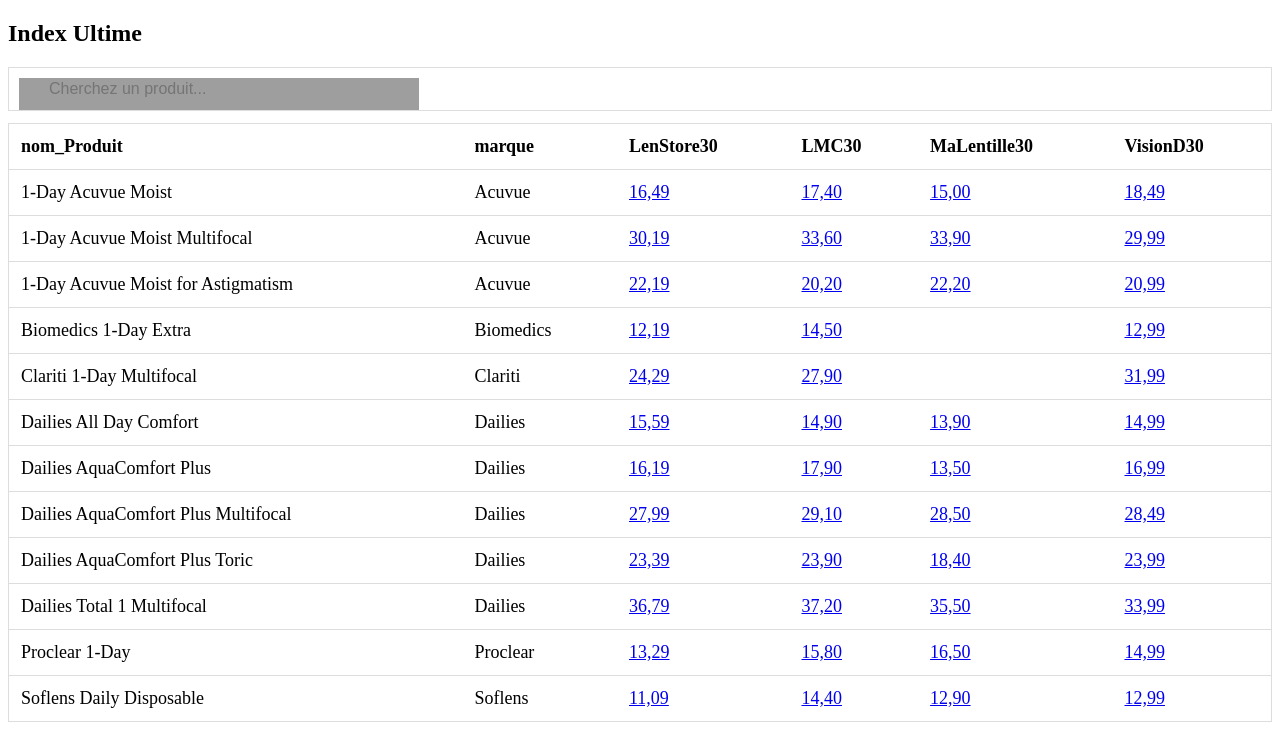
Repository: franklinliot/lenti
Page: indexUltime.html
The author's editor kept a copy of each file at every save. The page is drawn from the files as they stood at one save, then again after the next save.
The browser window is 1280 px wide. The pictures show the whole page.
Pictures or frames that could not be fetched are drawn as grey boxes.

Above is the page before, as saved 2021-06-17 15:41:22.

### indexUltime.html
<!DOCTYPE html>
<html>
  <head>
    <meta name="viewport" content="width=device-width, initial-scale=1" />
    <style>
      * {
        box-sizing: border-box;
      }

      #myInput {
        background-image: url("/css/searchicon.png");
        background-position: 10px 10px;
        background-repeat: no-repeat;
        width: 100%;
        font-size: 16px;
        padding: 12px 20px 12px 40px;
        border: 1px solid #ddd;
        margin-bottom: 12px;
      }

      #myTable {
        border-collapse: collapse;
        width: 100%;
        border: 1px solid #ddd;
        font-size: 18px;
      }

      #myTable th,
      #myTable td {
        text-align: left;
        padding: 12px;
      }

      #myTable tr {
        border-bottom: 1px solid #ddd;
      }

      #myTable tr.header,
      #myTable tr:hover {
        background-color: #f1f1f1;
      }
    </style>
    <script>
      window.onload = function () {
        function a(a, b) {
          var c = /^(?:file):/,
            d = new XMLHttpRequest(),
            e = 0;
          d.onreadystatechange = function () {
            4 == d.readyState && (e = d.status),
              c.test(location.href) && d.responseText && (e = 200),
              4 == d.readyState && 200 == e && (a.outerHTML = d.responseText);
          };
          try {
            d.open("GET", b, !0), d.send();
          } catch (f) {}
        }
        var b,
          c = document.getElementsByTagName("*");
        for (b in c)
          c[b].hasAttribute &&
            c[b].hasAttribute("data-include") &&
            a(c[b], c[b].getAttribute("data-include"));
      };
    </script>
    <script>
      const getCellValue = (tr, idx) =>
        tr.children[idx].innerText || tr.children[idx].textContent;

      const comparer = (idx, asc) => (a, b) =>
        ((v1, v2) =>
          v1 !== "" && v2 !== "" && !isNaN(v1) && !isNaN(v2)
            ? v1 - v2
            : v1.toString().localeCompare(v2))(
          getCellValue(asc ? a : b, idx),
          getCellValue(asc ? b : a, idx)
        );

      // do the work...
      document.querySelectorAll("th").forEach((th) =>
        th.addEventListener("click", () => {
          const table = th.closest("table");
          Array.from(table.querySelectorAll("tr:nth-child(n+2)"))
            .sort(
              comparer(
                Array.from(th.parentNode.children).indexOf(th),
                (this.asc = !this.asc)
              )
            )
            .forEach((tr) => table.appendChild(tr));
        })
      );
    </script>
  </head>
  <body>
    <h2>Index Ultime</h2>

    <input
      type="text"
      id="myInput"
      onkeyup="myFunction()"
      placeholder="Cherchez un produit..."
      title="Entrez un produit"
    />

    <div data-include="data/ultime/ultime.html"></div>
    <script>
      function myFunction() {
        var input, filter, table, tr, td, i, txtValue;
        input = document.getElementById("myInput");
        filter = input.value.toUpperCase();
        table = document.getElementById("myTable");
        tr = table.getElementsByTagName("tr");
        for (i = 0; i < tr.length; i++) {
          td = tr[i].getElementsByTagName("td")[0];
          if (td) {
            txtValue = td.textContent || td.innerText;
            if (txtValue.toUpperCase().indexOf(filter) > -1) {
              tr[i].style.display = "";
            } else {
              tr[i].style.display = "none";
            }
          }
        }
      }
    </script>
  </body>
</html>

### data/ultime/ultime.html
<table id="myTable">
    <thead><tr><th title="Field #1">nom_Produit</th>
    <th title="Field #2">marque</th>
    <th title="Field #3">LenStore30</th>
    <th title="Field #4">LMC30</th>
    <th title="Field #5">MaLentille30</th>
    <th title="Field #6">VisionD30</th>
    </tr></thead>
    <tbody><tr>
    <td>1-Day Acuvue Moist</td>
    <td>Acuvue</td>
    <td><a href="https://www.lenstore.fr/lentilles-de-contact/p13/1-day-acuvue-moist" rel="noopener noreferrer" target="_blank"><span class="u-price">16,49</span></a></td>
    <td><a href="https://www.lentillesmoinscheres.com/lentilles-de-contact/journalieres/lentilles-1-day-acuvue-moist-30.html" rel="noopener noreferrer" target="_blank">17,40</a></td>
    <td><a href="https://www.malentille.com/lentilles-de-contact-22/121-1-day-acuvue-moist-30.html" rel="noopener noreferrer" target="_blank">15,00</a></td>
    <td><a href="https://www.visiondirect.fr/1-day-acuvue-moist" rel="noopener noreferrer" target="_blank">18,49</a></td>
    </tr>
    <tr>
    <td>1-Day Acuvue Moist Multifocal</td>
    <td>Acuvue</td>
    <td><a href="https://www.lenstore.fr/lentilles-de-contact/p250/1-day-acuvue-moist-multifocal" rel="noopener noreferrer" target="_blank"><span class="u-price">30,19</span></a></td>
    <td><a href="https://www.lentillesmoinscheres.com/lentilles-de-contact/journalieres/lentilles-1-day-acuvue-moist-multifocal-30.html" rel="noopener noreferrer" target="_blank">33,60</a></td>
    <td><a href="https://www.malentille.com/lentilles-de-contact-22/267-1-day-acuvue-moist-multifocal-30.html" rel="noopener noreferrer" target="_blank">33,90</a></td>
    <td><a href="https://www.visiondirect.fr/1-day-acuvue-moist-multifocal" rel="noopener noreferrer" target="_blank">29,99</a></td>
    </tr>
    <tr>
    <td>1-Day Acuvue Moist for Astigmatism</td>
    <td>Acuvue</td>
    <td><a href="https://www.lenstore.fr/lentilles-de-contact/p106/1-day-acuvue-moist-for-astigmatism" rel="noopener noreferrer" target="_blank"><span class="u-price">22,19</span></a></td>
    <td><a href="https://www.lentillesmoinscheres.com/lentilles-de-contact/journalieres/lentilles-1-day-acuvue-moist-for-astigmatism-30.html" rel="noopener noreferrer" target="_blank">20,20</a></td>
    <td><a href="https://www.malentille.com/lentilles-de-contact-22/225-1-day-acuvue-moist-for-astigmatism.html" rel="noopener noreferrer" target="_blank">22,20</a></td>
    <td><a href="https://www.visiondirect.fr/1-day-acuvue-moist-for-astigmatism" rel="noopener noreferrer" target="_blank">20,99</a></td>
    </tr>
    <tr>
    <td>Biomedics 1-Day Extra</td>
    <td>Biomedics</td>
    <td><a href="https://www.lenstore.fr/lentilles-de-contact/p200/biomedics-1-day-extra" rel="noopener noreferrer" target="_blank"><span class="u-price">12,19</span></a></td>
    <td><a href="https://www.lentillesmoinscheres.com/lentilles-de-contact/journalieres/lentilles-biomedics-1-day-extra-30.html" rel="noopener noreferrer" target="_blank">14,50</a></td>
    <td> </td>
    <td><a href="https://www.visiondirect.fr/biomedics-1-day-extra" rel="noopener noreferrer" target="_blank">12,99</a></td>
    </tr>
    <tr>
    <td>Clariti 1-Day Multifocal</td>
    <td>Clariti</td>
    <td><a href="https://www.lenstore.fr/lentilles-de-contact/p217/clariti-1-day-multifocal" rel="noopener noreferrer" target="_blank"><span class="u-price">24,29</span></a></td>
    <td><a href="https://www.lentillesmoinscheres.com/lentilles-de-contact/journalieres/lentilles-clariti-1-day-multifocal-30.html" rel="noopener noreferrer" target="_blank">27,90</a></td>
    <td> </td>
    <td><a href="https://www.visiondirect.fr/clariti-1-day-multifocal" rel="noopener noreferrer" target="_blank">31,99</a></td>
    </tr>
    <tr>
    <td>Dailies All Day Comfort</td>
    <td>Dailies</td>
    <td><a href="https://www.lenstore.fr/lentilles-de-contact/p8/focus-dailies-all-day-comfort" rel="noopener noreferrer" target="_blank"><span class="u-price">15,59</span></a></td>
    <td><a href="https://www.lentillesmoinscheres.com/lentilles-de-contact/journalieres/lentilles-dailies-all-day-comfort-30.html" rel="noopener noreferrer" target="_blank">14,90</a></td>
    <td><a href="https://www.malentille.com/lentilles-de-contact-22/108-dailies-all-day-comfort-30-0630175475947.html" rel="noopener noreferrer" target="_blank">13,90</a></td>
    <td><a href="https://www.visiondirect.fr/focus-dailies-all-day-comfort" rel="noopener noreferrer" target="_blank">14,99</a></td>
    </tr>
    <tr>
    <td>Dailies AquaComfort Plus</td>
    <td>Dailies</td>
    <td><a href="https://www.lenstore.fr/lentilles-de-contact/p5/dailies-aquacomfort-plus" rel="noopener noreferrer" target="_blank"><span class="u-price">16,19</span></a></td>
    <td><a href="https://www.lentillesmoinscheres.com/lentilles-de-contact/journalieres/lentilles-dailies-aquacomfort-plus-30.html" rel="noopener noreferrer" target="_blank">17,90</a></td>
    <td><a href="https://www.malentille.com/lentilles-de-contact-22/183-dailies-aquacomfort-plus-30.html" rel="noopener noreferrer" target="_blank">13,50</a></td>
    <td><a href="https://www.visiondirect.fr/dailies-aquacomfort-plus" rel="noopener noreferrer" target="_blank">16,99</a></td>
    </tr>
    <tr>
    <td>Dailies AquaComfort Plus Multifocal</td>
    <td>Dailies</td>
    <td><a href="https://www.lenstore.fr/lentilles-de-contact/p234/dailies-aquacomfort-plus-multifocal" rel="noopener noreferrer" target="_blank"><span class="u-price">27,99</span></a></td>
    <td><a href="https://www.lentillesmoinscheres.com/lentilles-de-contact/journalieres/lentilles-dailies-aquacomfort-plus-multifocal-30.html" rel="noopener noreferrer" target="_blank">29,10</a></td>
    <td><a href="https://www.malentille.com/lentilles-de-contact-22/255-dailies-aquacomfort-plus-multifocal.html" rel="noopener noreferrer" target="_blank">28,50</a></td>
    <td><a href="https://www.visiondirect.fr/dailies-aquacomfort-plus-multifocal" rel="noopener noreferrer" target="_blank">28,49</a></td>
    </tr>
    <tr>
    <td>Dailies AquaComfort Plus Toric</td>
    <td>Dailies</td>
    <td><a href="https://www.lenstore.fr/lentilles-de-contact/p233/dailies-aquacomfort-plus-toric" rel="noopener noreferrer" target="_blank"><span class="u-price">23,39</span></a></td>
    <td><a href="https://www.lentillesmoinscheres.com/lentilles-de-contact/journalieres/lentilles-dailies-aquacomfort-plus-toric-30.html" rel="noopener noreferrer" target="_blank">23,90</a></td>
    <td><a href="https://www.malentille.com/lentilles-de-contact-22/268-dailies-aquacomfort-plus-toric-30-lentiles.html" rel="noopener noreferrer" target="_blank">18,40</a></td>
    <td><a href="https://www.visiondirect.fr/dailies-aquacomfort-plus-toric" rel="noopener noreferrer" target="_blank">23,99</a></td>
    </tr>
    <tr>
    <td>Dailies Total 1 Multifocal</td>
    <td>Dailies</td>
    <td><a href="https://www.lenstore.fr/lentilles-de-contact/p457/dailies-total-1-multifocal" rel="noopener noreferrer" target="_blank"><span class="u-price">36,79</span></a></td>
    <td><a href="https://www.lentillesmoinscheres.com/lentilles-de-contact/journalieres/lentilles-dailies-total-1-multifocal-30.html" rel="noopener noreferrer" target="_blank">37,20</a></td>
    <td><a href="https://www.malentille.com/lentilles-de-contact-22/346-dailies-total-1-multifocal-30-lentille-0846566846375.html" rel="noopener noreferrer" target="_blank">35,50</a></td>
    <td><a href="https://www.visiondirect.fr/dailies-total-1-multifocal" rel="noopener noreferrer" target="_blank">33,99</a></td>
    </tr>
    <tr>
    <td>Proclear 1-Day</td>
    <td>Proclear</td>
    <td><a href="https://www.lenstore.fr/lentilles-de-contact/p60/proclear-1-day" rel="noopener noreferrer" target="_blank"><span class="u-price">13,29</span></a></td>
    <td><a href="https://www.lentillesmoinscheres.com/lentilles-de-contact/journalieres/lentilles-proclear-1-day-30.html" rel="noopener noreferrer" target="_blank">15,80</a></td>
    <td><a href="https://www.malentille.com/lentilles-de-contact-22/188-proclear-1-day-30.html" rel="noopener noreferrer" target="_blank">16,50</a></td>
    <td><a href="https://www.visiondirect.fr/proclear-1-day" rel="noopener noreferrer" target="_blank">14,99</a></td>
    </tr>
    <tr>
    <td>Soflens Daily Disposable</td>
    <td>Soflens</td>
    <td><a href="https://www.lenstore.fr/lentilles-de-contact/p1/soflens-daily-disposable" rel="noopener noreferrer" target="_blank"><span class="u-price">11,09</span></a></td>
    <td><a href="https://www.lentillesmoinscheres.com/lentilles-de-contact/journalieres/lentilles-soflens-daily-disposable-30.html" rel="noopener noreferrer" target="_blank">14,40</a></td>
    <td><a href="https://www.malentille.com/lentilles-de-contact-22/107-soflens-daily-disposable-30-0785810728497.html" rel="noopener noreferrer" target="_blank">12,90</a></td>
    <td><a href="https://www.visiondirect.fr/soflens-daily-disposable" rel="noopener noreferrer" target="_blank">12,99</a></td>
    </tr>
    </tbody></table>

After the next save:
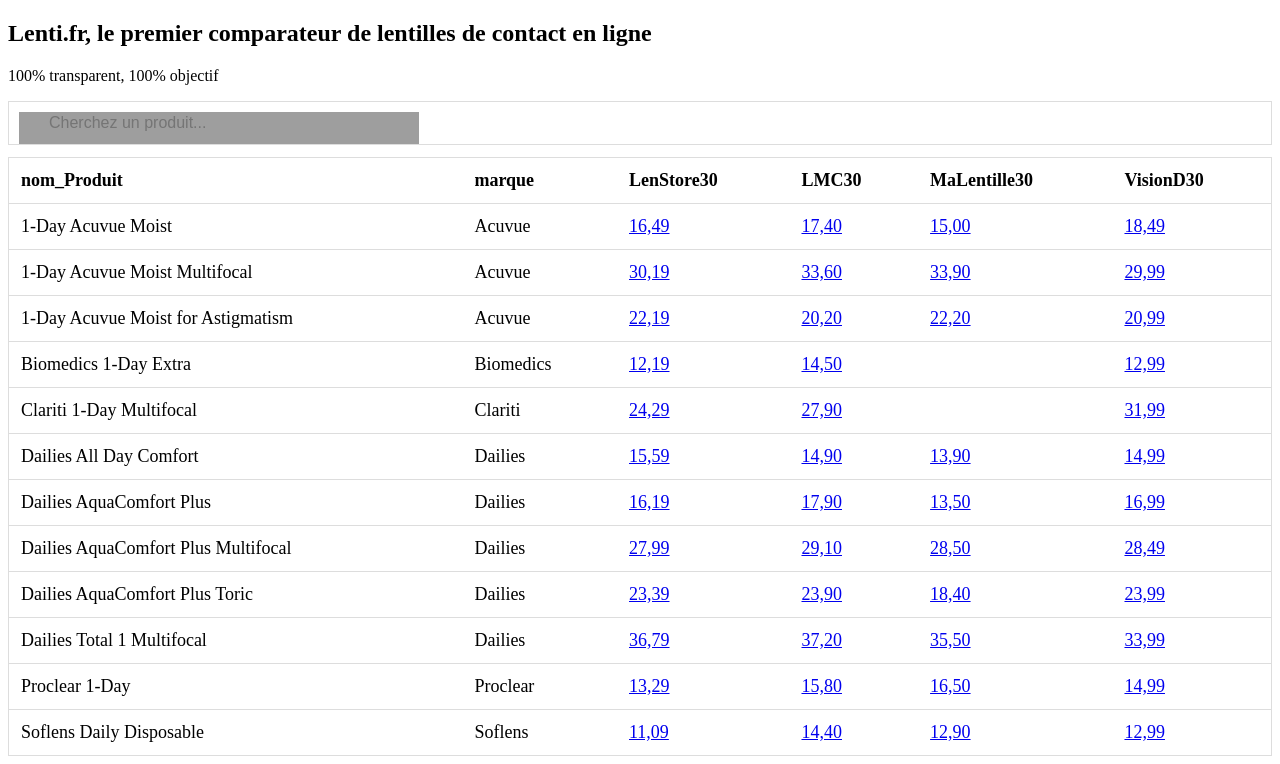
Saved 2 min 31 s later.
--- a/indexUltime.html
+++ b/indexUltime.html
@@ -93,7 +93,8 @@
     </script>
   </head>
   <body>
-    <h2>Index Ultime</h2>
+    <h2>Lenti.fr, le premier comparateur de lentilles de contact en ligne</h2>
+    <p>100% transparent, 100% objectif</p>
 
     <input
       type="text"
